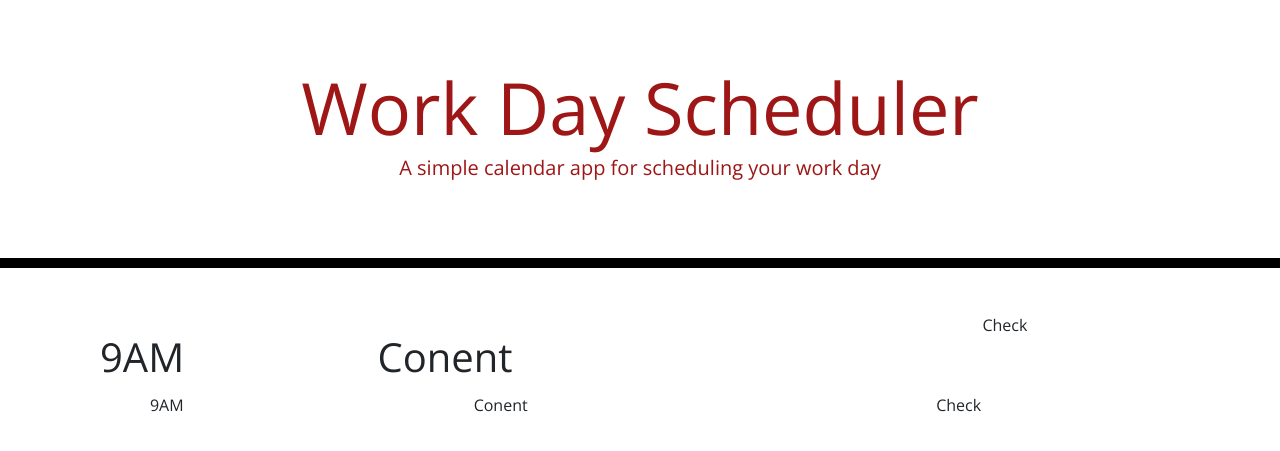
Repository: Mf948/DailyPlannerJS
Page: Develop/index.html
These files come from the project's save history. The page is drawn as it stood at one moment and after a run of saves; the edit follows.
The browser window is 1280 px wide. The pictures show the whole page.
Some web libraries are served in a nearby version.

Above is the page before, as saved 2020-12-09 16:29:37.

### Develop/index.html
<!DOCTYPE html>
<html lang="en">
  <head>
    <meta charset="UTF-8" />
    <meta name="viewport" content="width=device-width, initial-scale=1.0" />
    <meta http-equiv="X-UA-Compatible" content="ie=edge" />
    <link
      rel="stylesheet"
      href="https://stackpath.bootstrapcdn.com/bootstrap/4.3.1/css/bootstrap.min.css"
    />
    <link
      rel="stylesheet"
      href="https://use.fontawesome.com/releases/v5.8.1/css/all.css"
      integrity="sha384-50oBUHEmvpQ+1lW4y57PTFmhCaXp0ML5d60M1M7uH2+nqUivzIebhndOJK28anvf"
      crossorigin="anonymous"
    />
    <link
      href="https://fonts.googleapis.com/css?family=Open+Sans&display=swap"
      rel="stylesheet"
    />
    <link rel="stylesheet" href="style.css" />
    <script src = "Java.js"></script>
    <title>Work Day Scheduler</title>
  </head>

  <body>
    <header class="jumbotron">
      <h1 class="display-3">Work Day Scheduler</h1>
      <p class="lead">A simple calendar app for scheduling your work day</p>
      <p id="currentDay" class="lead"></p>
    </header>
    <div class="container">
      <!-- Timeblocks go here -->
      <div class="container">
        <div class="row">
          <div class="col">
            <h1>9AM</h1>
          </div>
          <div class="col-6">
            <div class="h1">Conent</div>
          </div>
          <div class="col">
            Check
          </div>
        </div>
        <div class="row">
          <div class="col">
            9AM
          </div>
          <div class="col-5">
            Conent
          </div>
          <div class="col">
            Check
          </div>
        </div>
      </div>

</table>
    </div>
    <script src="https://unpkg.com/dayjs@1.8.21/dayjs.min.js"></script>
    <script src="https://cdnjs.cloudflare.com/ajax/libs/jquery/3.2.1/jquery.min.js"></script>
    <script src="https://cdnjs.cloudflare.com/ajax/libs/moment.js/2.24.0/moment.min.js"></script>
  </body>
</html>

### Develop/style.css
body {
  font-family: 'Open Sans', sans-serif;
  font-size: 16px;
  line-height: 1;
}

textarea{
  background: transparent;
  border: none;
  resize: none;
  color: #000000;
  border-left: 1px solid black;
  padding: 10px;
}

.jumbotron {
  text-align: center;
  background-color: transparent;
  color: rgb(158, 22, 22);
  border-radius: 0;
  border-bottom: 10px solid black;
}

.description{
  white-space: pre-wrap;
}

.time-block{
  text-align: center;
  border-radius: 15px;
}

.row {
  white-space: pre-wrap;
  height: 80px;
  border-top: 1px solid white;;
}

.hour {
  background-color: #ffffff;
  color: #000000;
  border-top: 1px dashed #000000;
}

.past {
  background-color: #d3d3d3;
  color: white;
}

.present {
  background-color: #ff6961;
  color: white;
}

.future {
  background-color: #77dd77;
  color: white;
}

.saveBtn {
  border-left: 1px solid black;
  border-top-right-radius: 15px;
  border-bottom-right-radius: 15px;
  background-color: #06AED5;
  color: white;
}

.saveBtn i:hover {
  font-size: 20px;
  transition: all .3s ease-in-out;
}

### Develop/Java.js
console.log("hello")

let hour = 5

After the next 3 saves:
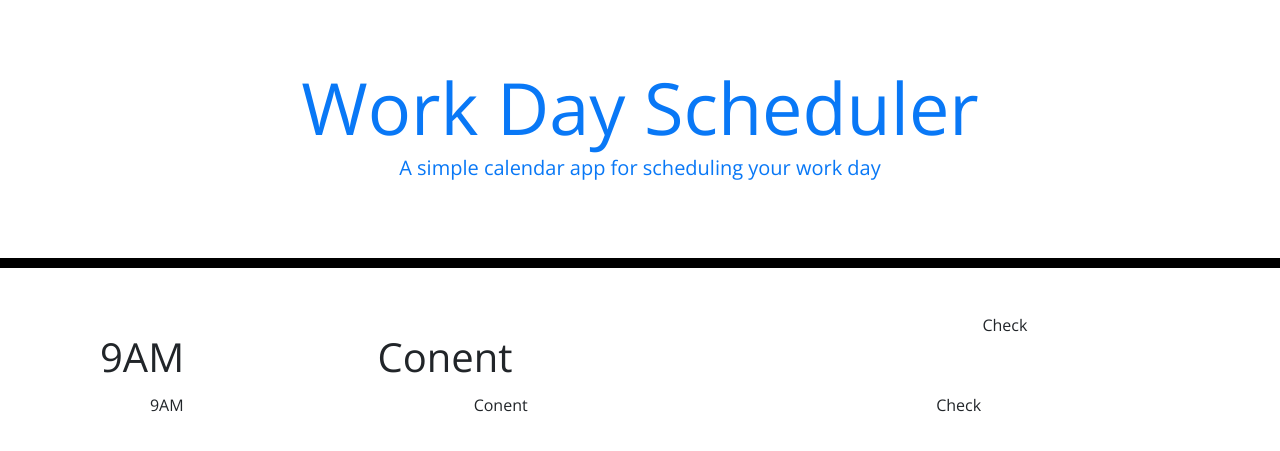
The 3 saves are shown as one change because they came seconds apart.
The last was saved 28 s later.
--- a/Develop/style.css
+++ b/Develop/style.css
@@ -16,7 +16,7 @@
 .jumbotron {
   text-align: center;
   background-color: transparent;
-  color: rgb(158, 22, 22);
+  color: rgb(9, 120, 246);
   border-radius: 0;
   border-bottom: 10px solid black;
 }
